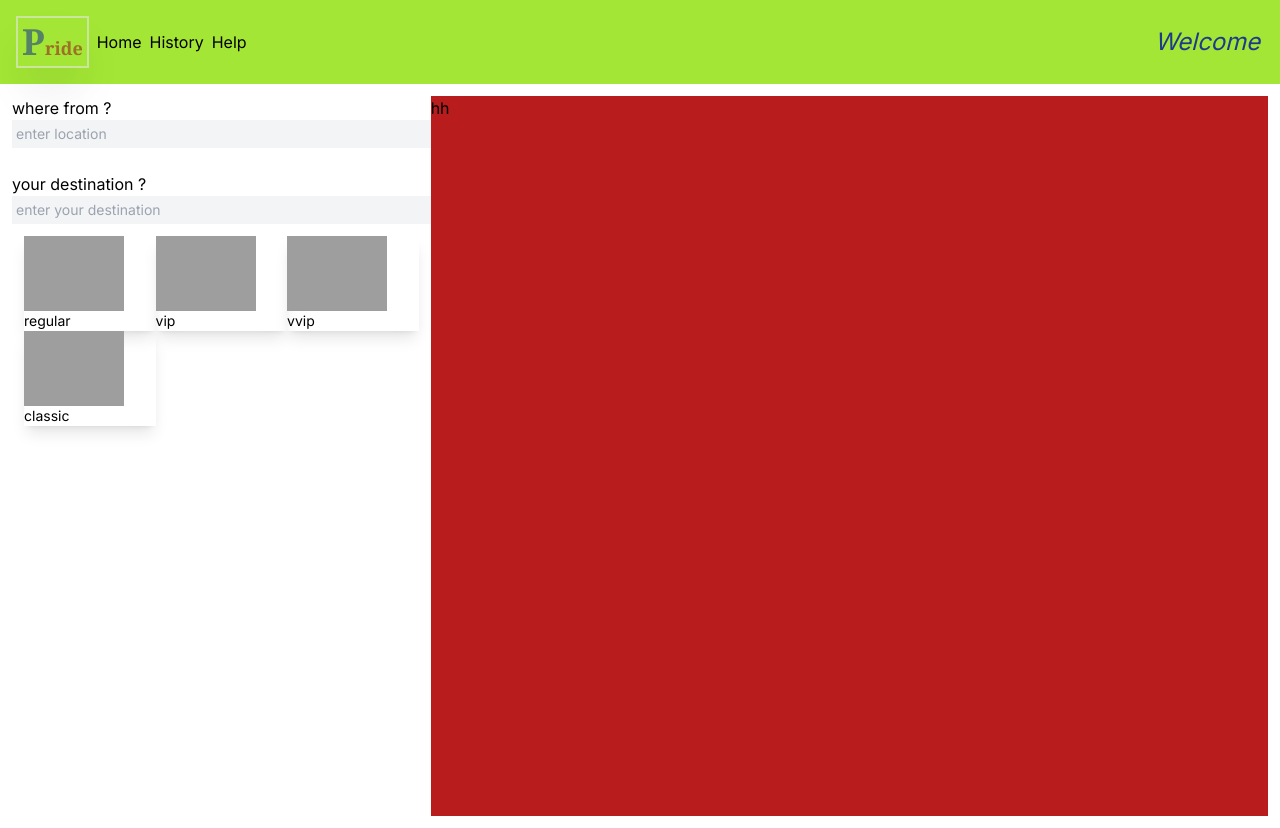
Repository: Semanmernstack/uber-mapbox
Page: /
The author's editor kept a copy of each file at every save. The page is drawn from the files as they stood at one save, then again after the next save.
The browser window is 1280 px wide. The pictures show the whole page.
Pictures or frames that could not be fetched are drawn as grey boxes. The page's requests for data from a server got no answer. The project was rebuilt for these pictures with package versions that can differ from the ones it lists, and the page was loaded fresh each time. Some packages were replaced by stand-ins written for this rebuild. The framework's server and built-in components were replaced by stand-ins that run in the browser. No one was signed in, and anything a server would have sent is missing. Also part of the build but not shown: next.config.js.

Above is the page before, as saved 2023-08-16 07:15:07.

After the next save:
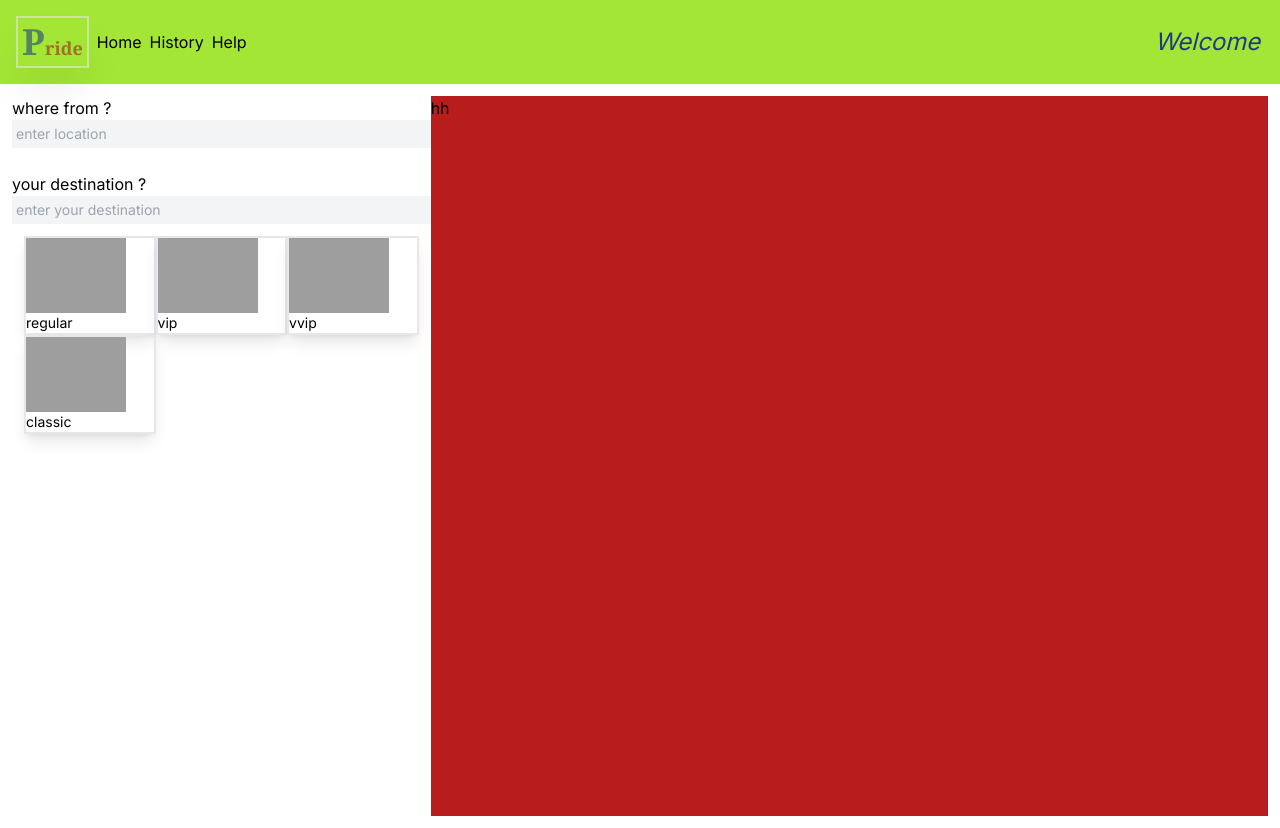
Saved 3 min 20 s later.
--- a/app/components/Cars.tsx
+++ b/app/components/Cars.tsx
@@ -36,7 +36,7 @@
     <div className="grid grid-cols-2 md:grid-cols-3 p-3">
         {data?.map((d, index) => (
             <div key={index}
-            className="shadow-lg boder-2"
+            className="shadow-lg border-2"
             >
                 <Image
                     src={d.pics}
